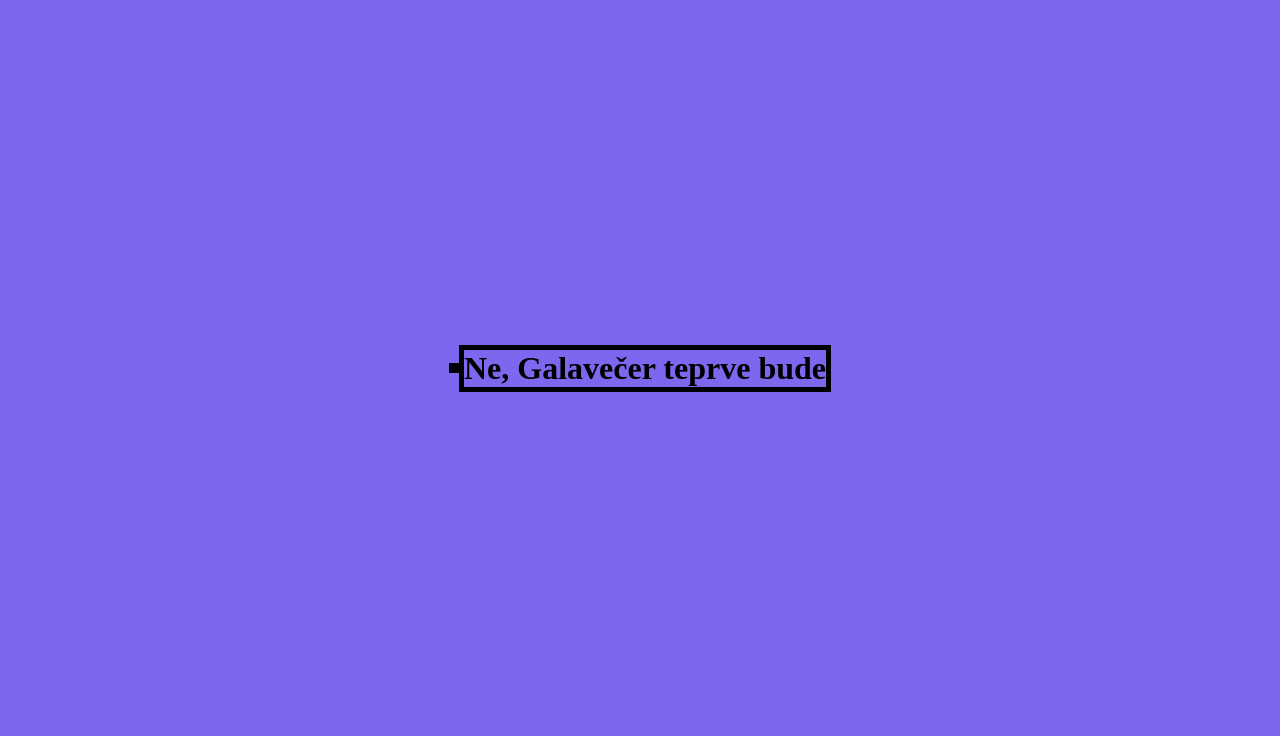
Repository: VerPro/UzJeGalavecer
Page: index.html
An editor plug-in stored every save of this project. The page is shown before and after the next save, followed by the edit.
The browser window is 1280 px wide. The pictures show the whole page.
Some web libraries are served in a nearby version.

Above is the page before, as saved 2021-03-27 16:58:03.

### index.html
<!DOCTYPE html>
<html lang="cs">
  <head>
    <meta charset="UTF-8" />
    <meta http-equiv="X-UA-Compatible" content="IE=edge" />
    <meta name="viewport" content="width=device-width, initial-scale=1.0" />
    <title>Už je Galavečer Digitální akademie web 2021?</title>
    <link rel="preconnect" href="https://fonts.gstatic.com" />
    <link
      href="https://fonts.googleapis.com/css2?family=Kaushan+Script&display=swap"
      rel="stylesheet"
    />
    <link rel="stylesheet" href="style.css" />
    <script src="https://cdnjs.cloudflare.com/ajax/libs/dayjs/1.10.4/dayjs.min.js"></script>
  </head>
  <body>
    <h1></h1>
    <script src="main.js"></script>
  </body>
</html>

### style.css
body {
  min-height: 100vh;
  display: flex;
  justify-content: center;
  align-items: center;
  background-color: mediumslateblue;
}

h1 {
  border: 5px, solid, black;
}

### main.js
'use strict';

const dateGala = dayjs('2021-06-15');
const today = dayjs();

if (today.isAfter(dateGala)) {
  document.write('<h1>Galavečer už byl, snad sis ho užila</h1>');
} else if (today === dateGala) {
  document.write('<h1>Dnes je Galavečer, doufám, že si ho užiješ!</h1>');
} else {
  document.write('<h1>Ne, Galavečer teprve bude</h1>');
}

After the next save:
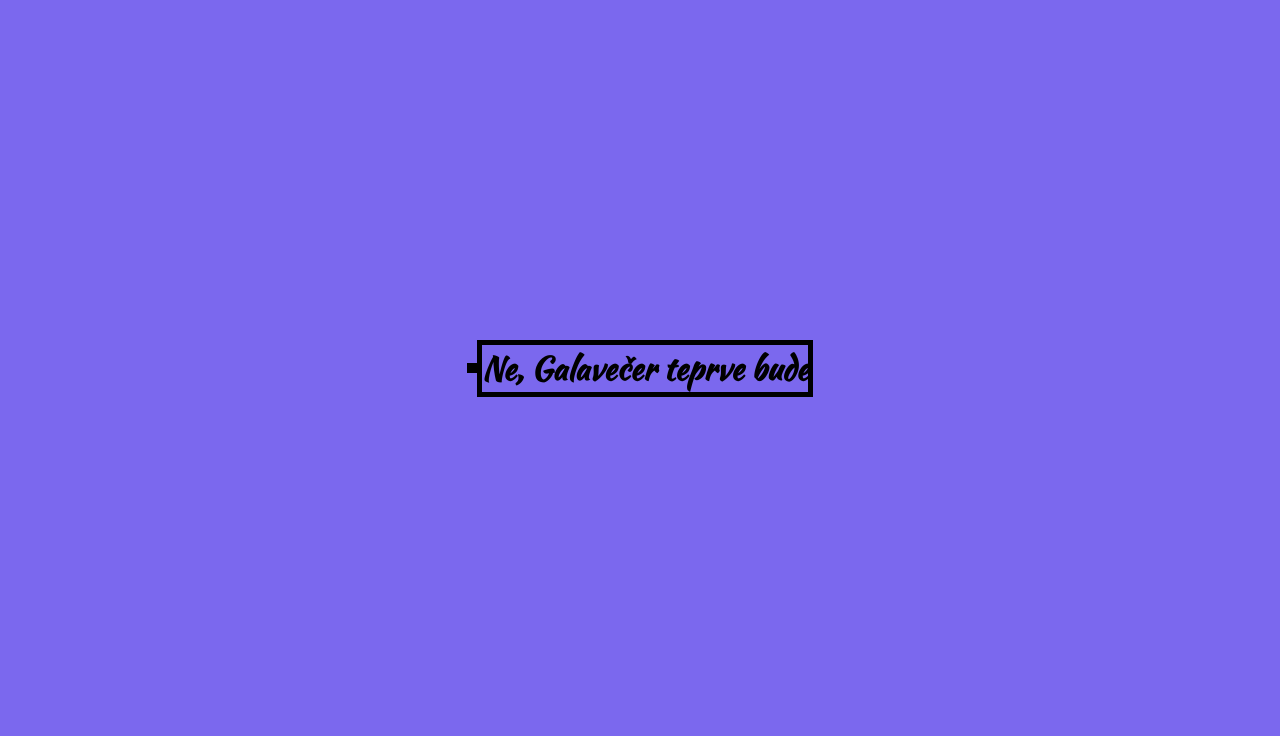
Saved 18 s later.
--- a/style.css
+++ b/style.css
@@ -8,4 +8,5 @@ body {
 
 h1 {
   border: 5px, solid, black;
+  font-family: 'Kaushan Script', cursive;
 }
